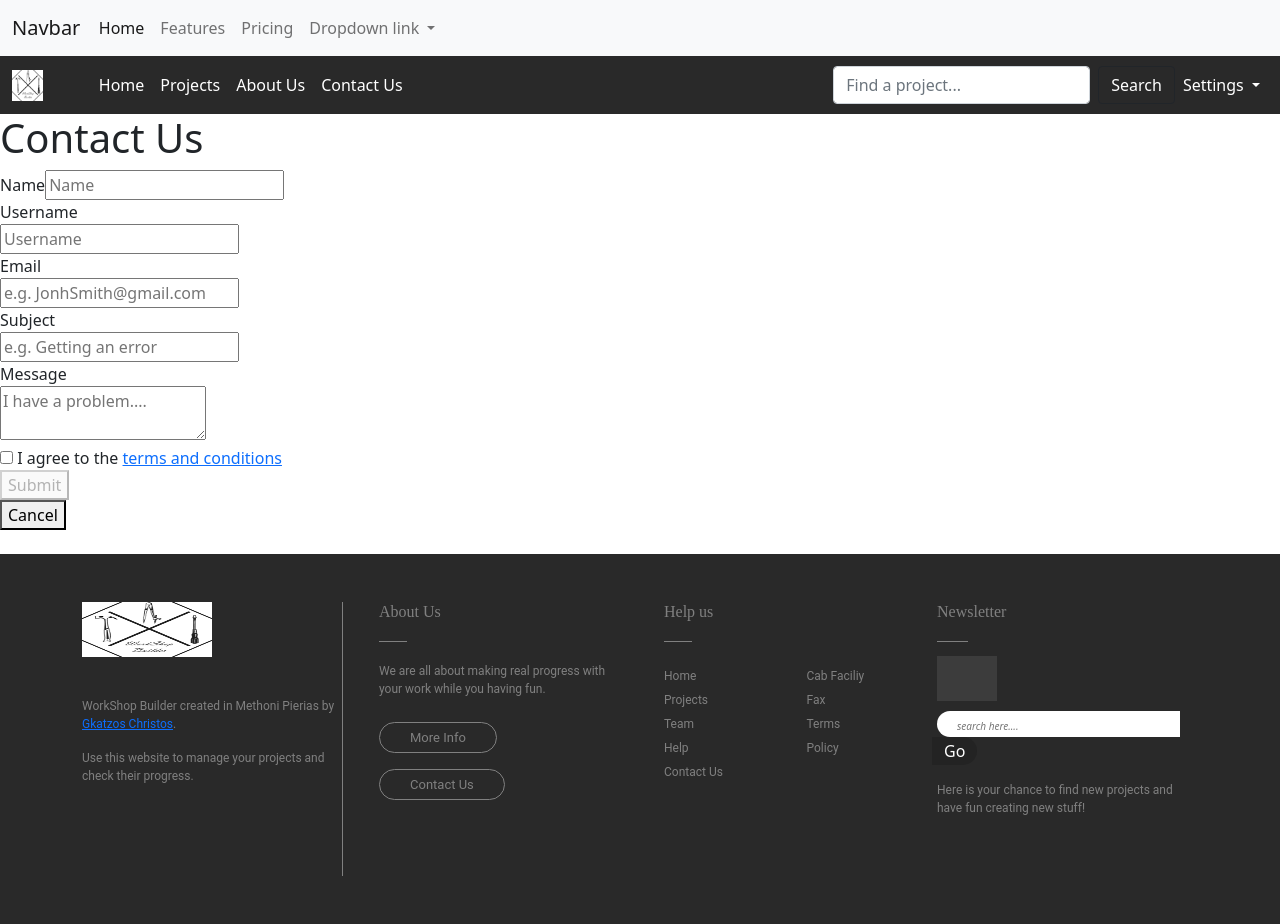
Repository: GkatzosChristos/workshop-builder-ui
Page: /contactUs (app in workshop-builder-ui/)
The author's editor kept a copy of each file at every save. The page is drawn from the files as they stood at one save, then again after the next save.
The browser window is 1280 px wide. The pictures show the whole page.
The project was rebuilt for these pictures with package versions that can differ from the ones it lists, and the page was loaded fresh each time. Also part of the build but not shown: workshop-builder-ui/angular.json, workshop-builder-ui/src/app/about-us/about-us.component.ts, workshop-builder-ui/src/app/home/home.component.ts, workshop-builder-ui/src/app/project/project.component.ts.

Above is the page before, as saved 2021-08-27 17:25:10.

### workshop-builder-ui/src/index.html
<!doctype html>
<html lang="en">
<head>
  <meta charset="utf-8">
  <title>WorkshopBuilderUI</title>
  <base href="/">
  <meta name="viewport" content="width=device-width, initial-scale=1">
  <link rel="icon" type="image/x-icon" href="favicon.ico">
</head>

<body>
  <app-root></app-root>
</body>

</html>

### workshop-builder-ui/src/app/app.module.ts
import { NgModule } from '@angular/core';
import { BrowserModule } from '@angular/platform-browser';
import { FormsModule } from '@angular/forms';
import { AppRoutingModule } from './app-routing.module';
import { AppComponent } from './app.component';
import { HeaderComponent } from './header/header.component';
import { FooterComponent } from './footer/footer.component';
import { ContactUsComponent } from './contact-us/contact-us.component';
import { AboutUsComponent } from './about-us/about-us.component';
import { ProjectsComponent } from './project/project.component';
import { HomeComponent } from './home/home.component';

@NgModule({
  declarations: [
    AppComponent,
    HeaderComponent,
    FooterComponent,
    ContactUsComponent,
    AboutUsComponent,
    ProjectsComponent,
    HomeComponent
  ],
  imports: [
    BrowserModule,
    AppRoutingModule,
    FormsModule
  ],
  providers: [],
  bootstrap: [AppComponent]
})
export class AppModule { }

### workshop-builder-ui/src/app/app-routing.module.ts
import { NgModule } from '@angular/core';
import { RouterModule, Routes } from '@angular/router';
import { AboutUsComponent } from './about-us/about-us.component';
import { ContactUsComponent } from './contact-us/contact-us.component';
import { HomeComponent } from './home/home.component';
import { ProjectsComponent } from './project/project.component';

const routes: Routes = [
  {
    path: '',
    component: HomeComponent
  },
  {
    path: 'contactUs',
    component: ContactUsComponent
  },
  {
    path: 'aboutUs',
    component: AboutUsComponent
  },
  {
    path: 'projects',
    component: ProjectsComponent
  },
];

@NgModule({
  imports: [RouterModule.forRoot(routes)],
  exports: [RouterModule]
})
export class AppRoutingModule { }

### workshop-builder-ui/src/app/app.component.ts
import { Component } from '@angular/core';

@Component({
  selector: 'app-root',
  templateUrl: './app.component.html',
  styleUrls: ['./app.component.scss']
})
export class AppComponent {
  title = 'workshop-builder-ui';
}

### workshop-builder-ui/src/app/contact-us/contact-us.component.ts
import { Component, OnInit } from '@angular/core';
import { FormGroup } from '@angular/forms';

@Component({
  selector: 'app-contact-us',
  templateUrl: 'contact-us.html',
  styles: [
  ]
})
export class ContactUsComponent implements OnInit {
  name: string='';
  username: string='';
  email: string='';
  subject: string='';
  message: string='';


  constructor() { }

  ngOnInit(): void {
  }

  submitForm(){
    const result = `${this.name}, your submission was successful! We will contact you at ${this.email} as soon as possible!`;
    alert(result);
  }

  onReset(){
    location.reload();
  }

}

### workshop-builder-ui/src/app/header/header.component.html
<head>
    <title>header</title>
    <meta charset="utf-8">
</head>
<header>
    <nav class="navbar navbar-expand-lg navbar-light bg-light">
        <div class="container-fluid">
          <a class="navbar-brand" href="#">Navbar</a>
          <button class="navbar-toggler" type="button" data-bs-toggle="collapse" data-bs-target="#navbarNavDropdown" aria-controls="navbarNavDropdown" aria-expanded="false" aria-label="Toggle navigation">
            <span class="navbar-toggler-icon"></span>
          </button>
          <div class="collapse navbar-collapse" id="navbarNavDropdown">
            <ul class="navbar-nav">
              <li class="nav-item">
                <a class="nav-link active" aria-current="page" href="#">Home</a>
              </li>
              <li class="nav-item">
                <a class="nav-link" href="#">Features</a>
              </li>
              <li class="nav-item">
                <a class="nav-link" href="#">Pricing</a>
              </li>
              <li class="nav-item dropdown">
                <a class="nav-link dropdown-toggle" href="#" id="navbarDropdownMenuLink" role="button" data-bs-toggle="dropdown" aria-expanded="false">
                  Dropdown link
                </a>
                <ul class="dropdown-menu" aria-labelledby="navbarDropdownMenuLink">
                  <li><a class="dropdown-item" href="#">Action</a></li>
                  <li><a class="dropdown-item" href="#">Another action</a></li>
                  <li><a class="dropdown-item" href="#">Something else here</a></li>
                </ul>
              </li>
            </ul>
          </div>
        </div>
      </nav>
    <nav class="navbar navbar-expand-lg">
        <div class="container-fluid">
            <a class="navbar-brand" routerLink="/">
                <img src="/assets/images/workshop_logo.jpg" alt="WorkShop Builder">
            </a>
            <div id="navbarNavDropdown" class="collapse navbar-collapse">
                <ul class="navbar-nav me-auto my-2 my-lg-0 navbar-nav-scroll" style="--bs-scroll-height: 100px;">
                    <li class="nav-item">
                        <a class="nav-link text-white" routerLink="/">Home</a>
                    </li>
                    <li class="nav-item">
                        <a class="nav-link text-white" routerLink="/projects">Projects</a>
                    </li>
                    <li class="nav-item">
                        <a class="nav-link text-white" routerLink="/aboutUs">About Us</a>
                    </li>
                    <li class="nav-item">
                        <a class="nav-link text-white" routerLink="/contactUs">Contact Us</a>
                    </li>
                </ul>
                <form class="d-flex">
                    <input class="form-control me-2" type="text" placeholder="Find a project...">
                    <a class="btn btn-outline-dark text-white">Search</a>
                </form>
                <ul class="navbar-nav" style="--bs-scroll-height: 100px;">
                    <li class="nav-item dropdown">
                        <a class="nav-link dropdown-toggle text-white" href="#" id="navbarScrollingDropdown"
                            role="button" data-bs-toggle="dropdown" aria-expanded="false">
                            Settings
                        </a>
                        <ul class="dropdown-menu" aria-labelledby="navbarScrollingDropdown">
                            <li><a class="dropdown-item text-white" href="#">Sign in</a></li>
                            <li><a class="dropdown-item text-white" href="#">Sign up</a></li>
                            <li>
                                <hr class="dropdown-divider">
                            </li>
                            <li><a class="dropdown-item text-white" href="#">Report an issue</a></li>
                        </ul>
                    </li>
                </ul>
            </div>
        </div>
    </nav>
</header>

### workshop-builder-ui/src/app/header/header.component.scss
.navbar-brand {
    height: 5%;
    width: 5%;
}

img {
    height: 50%;
    width: 50%;
}

nav {
    background: #292929;
}

### workshop-builder-ui/src/app/footer/footer.component.html
<head>
    <title>Footer</title>
    <meta charset="utf-8">
</head>
<footer class="container-fluid bg-grey py-5">
    <div class="container">
        <div class="row">
            <div class="col-md-6">
                <div class="row">
                    <div class="col-md-6 ">
                        <div class="logo-part">
                            <img src="/assets/images/workshop_logo.jpg" class="w-50 logo-footer">
                            <p>WorkShop Builder created in Methoni Pierias by <a
                                    href="https://www.linkedin.com/in/christos-gkatzos/">Gkatzos Christos</a>.</p>
                            <p>Use this website to manage your projects and check their progress.</p>
                        </div>
                    </div>
                    <div class="col-md-6 px-4">
                        <h6> About Us</h6>
                        <p>We are all about making real progress with your work while you having fun.</p>
                        <a href="#" class="btn-footer"> More Info </a><br>
                        <a href="#" class="btn-footer"> Contact Us</a>
                    </div>
                </div>
            </div>
            <div class="col-md-6">
                <div class="row">
                    <div class="col-md-6 px-4">
                        <h6> Help us</h6>
                        <div class="row ">
                            <div class="col-md-6">
                                <ul>
                                    <li> <a href="#"> Home</a> </li>
                                    <li> <a href="#"> Projects</a> </li>
                                    <li> <a href="#"> Team</a> </li>
                                    <li> <a href="#"> Help</a> </li>
                                    <li> <a href="#"> Contact Us</a> </li>
                                </ul>
                            </div>
                            <div class="col-md-6 px-4">
                                <ul>
                                    <li> <a href="#"> Cab Faciliy</a> </li>
                                    <li> <a href="#"> Fax</a> </li>
                                    <li> <a href="#"> Terms</a> </li>
                                    <li> <a href="#"> Policy</a> </li>
                                </ul>
                            </div>
                        </div>
                    </div>
                    <div class="col-md-6 ">
                        <h6> Newsletter</h6>
                        <div class="social">
                            <a href="#"><i class="fa fa-facebook mr-1" aria-hidden="true"></i></a>
                            <a href="#"><i class="fa fa-instagram" aria-hidden="true"></i></a>
                        </div>
                        <form class="form-footer my-3">
                            <input type="text" placeholder="search here...." name="search">
                            <input type="button" value="Go">
                        </form>
                        <p>Here is your chance to find new projects and have fun creating new stuff!</p>
                    </div>
                </div>
            </div>
        </div>
    </div>
</footer>

### workshop-builder-ui/src/app/footer/footer.component.scss
body {
    font-family: 'Signika', sans-serif;
 }
 .bg-grey {
    background: #292929;
 }
 .logo-footer {
    margin-bottom: 40px;
 }
 footer {
    color: grey;
 }
 footer p, a {
    font-size: 12px;
    font-family: 'Roboto', sans-serif;
}
footer h6 {
    font-family: 'Playfair Display', serif;
    margin-bottom: 40px;
    position: relative;
}
footer h6:after {
    position: absolute;
    content: "";
    background: grey;
    width: 12%;
    height: 1px;
    left: 0;
    bottom: -20px;
}
.btn-footer {
    color: grey;
    text-decoration: none;
    border: 1px solid;
    border-radius: 43px;
    font-size: 13px;
    padding: 7px 30px;
    line-height: 47px;
 }

 .btn-footer:hover {
    text-decoration: none;
 }

.form-footer input[type="text"] {
    border: none;
    border-radius: 16px 0 0 16px;
    outline: none;
    padding-left: 10px;
}

::placeholder {
    font-size: 10px;
    padding-left: 10px;
    font-style: italic;
}

.form-footer input[type="button"] {
    border: none;
    background:#232323;
    margin-left: -5px;
    color: #fff;
    outline: none;
    border-radius: 0 16px 16px 0;
    padding: 2px 12px;
}

.social .fa {
    color: grey;
    font-size: 22px;
    padding: 10px 15px;
    background: #3c3c3c;
}

footer ul li {
    list-style: none;
    display: block;
}

footer ul  {
    padding-left: 0;
}
footer ul  li a{
    text-decoration: none;
    color: grey;
    text-decoration:none;
}

a:hover {
    text-decoration: none;
    color: #f5f5f5 !important;
}

.logo-part {
    border-right: 1px solid grey;
    height: 100%;
}

img {
    height: 20%;
    width: 20%;
}

### workshop-builder-ui/src/app/contact-us/contact-us.html
<h1 class="title has-text-centered">Contact Us</h1>
<body>
  <section>
      <form (ngSubmit)="submitForm()" #contactForm="ngForm">
        <div class="field">
        <div class="field">
          <label class="label has-text-centered">Name</label>
          <input
            class="input"
            type="text"
            name="name"
            placeholder="Name"
            [(ngModel)]="name"
            #nameInput="ngModel"
            required>
            <div class="help is-error" *ngIf="nameInput.invalid && nameInput.touched">
                <p class="help is-danger">This username is required!</p>
            </div>
            <div class="help is-error" *ngIf="nameInput.valid && nameInput.dirty">
                <p class="help is-success">This username is Availible!</p>
            </div>
        </div>
        <div class="field column is-4">
          <label class="label has-text-centered">Username</label>
          <div class="control has-icons-left has-icons-right">
            <input
              class="input"
              type="text"
              name="usename"
              placeholder="Username"
              [(ngModel)]="username"
              #usernameInput="ngModel"
              required>
            <span class="icon is-small is-left">
              <i class="fa fa-user"></i>
            </span>
            <div class="help is-error" *ngIf="usernameInput.invalid && usernameInput.touched">
                <p class="help is-danger">This username is required!</p>
            </div>
            <div class="help is-error" *ngIf="usernameInput.valid && usernameInput.dirty">
                <p class="help is-success">This username is Availible!</p>
            </div>
          </div>
        </div>

        <div class="field column is-4">
          <label class="label has-text-centered">Email</label>
          <div class="control has-icons-left">
            <input
              class="input"
              type="email"
              name="email"
              placeholder="e.g. JonhSmith@gmail.com"
              #emailInput="ngModel"
              [(ngModel)]="email"
              required
              email>
            <span class="icon is-small is-left">
              <i class="fa fa-envelope"></i>
            </span>
            <div class="help is-error is-danger" *ngIf="emailInput.invalid && emailInput.touched">
                <p class="help is-danger">The email required and must be valid!</p>
            </div>
            <div class="help is-error" *ngIf="emailInput.valid && emailInput.dirty">
                <p class="help is-success">This email is valid!</p>
            </div>
          </div>
        </div>

        <div class="field column is-4">
          <label class="label has-text-centered">Subject</label>
          <div class="control">
            <input class="input is-expand" type="text" name="subject" placeholder="e.g. Getting an error" [(ngModel)]="subject">
          </div>
        </div>

        <div class="field column is-4 ">
          <label class="label has-text-centered">Message</label>
          <div class="control">
            <textarea class="textarea" name="message" placeholder="I have a problem...." [(ngModel)]="message"></textarea>
          </div>
        </div>

        <div class="field">
          <div class="control">
            <label class="checkbox">
              <input type="checkbox"
              #checkboxInput>
              I agree to the <a href="#">terms and conditions</a>
            </label>
          </div>
        </div>

        <div class="field is-grouped mb-4 is-grouped-centered">
          <div class="control">
            <button class="button is-link" [disabled]="contactForm.invalid">Submit</button>
          </div>
          <div class="control">
            <button class="button is-link is-light" type="reset" (click)="onReset()" >Cancel</button>
          </div>
        </div>
        </div>
      </form>
  </section>
  </body>

Loaded but not shown: workshop-builder-ui/src/styles.scss (common file); workshop-builder-ui/src/main.ts (common file); workshop-builder-ui/src/environments/environment.ts (common file); workshop-builder-ui/src/app/header/header.component.ts (common file); workshop-builder-ui/src/app/footer/footer.component.ts (common file); workshop-builder-ui/src/app/app.component.html (common file); workshop-builder-ui/src/app/app.component.scss (no stored copy; drawn as an empty file); workshop-builder-ui/src/app/project/project.scss (no stored copy; drawn as an empty file)

After the next save:
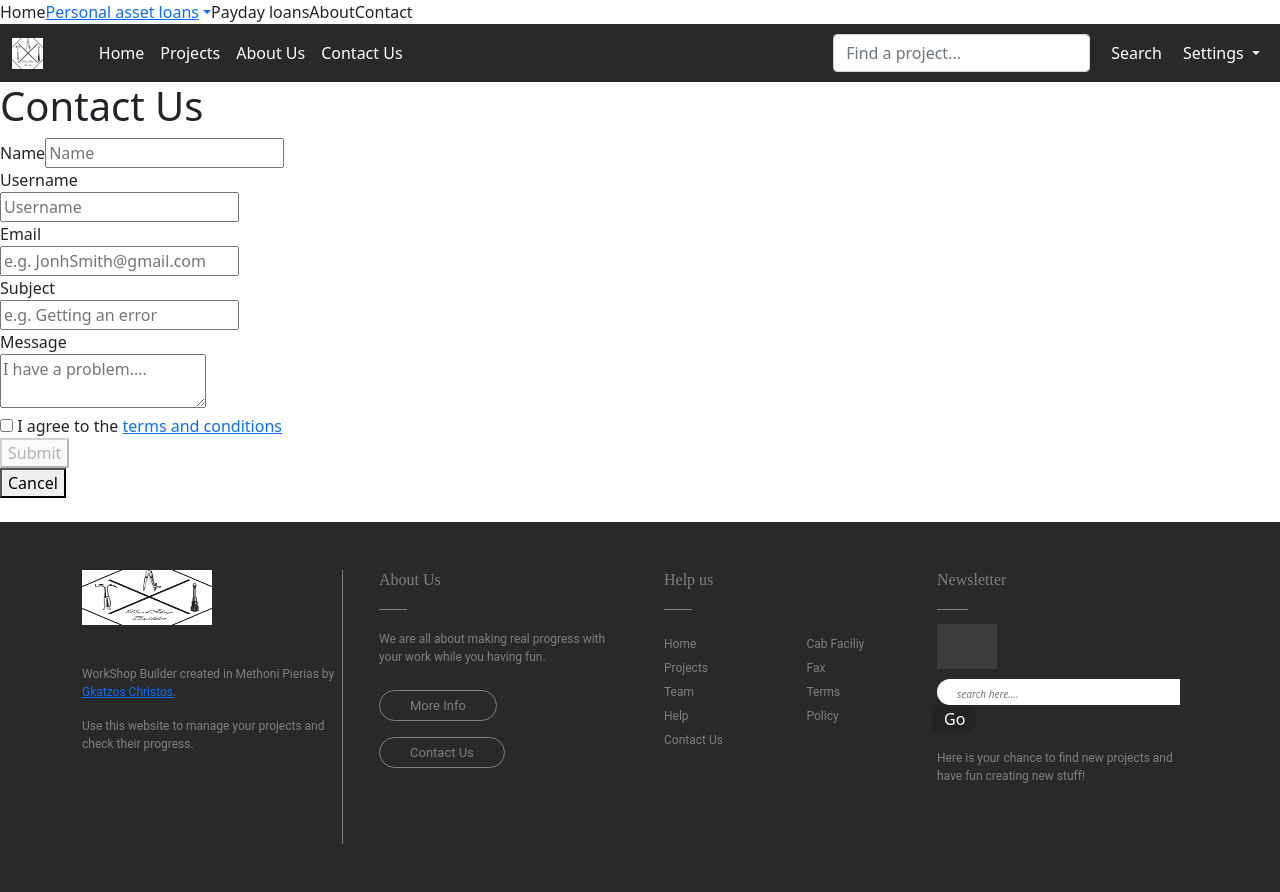
Saved 97 s later.
--- a/workshop-builder-ui/src/app/header/header.component.html
+++ b/workshop-builder-ui/src/app/header/header.component.html
@@ -3,37 +3,21 @@
     <meta charset="utf-8">
 </head>
 <header>
-    <nav class="navbar navbar-expand-lg navbar-light bg-light">
-        <div class="container-fluid">
-          <a class="navbar-brand" href="#">Navbar</a>
-          <button class="navbar-toggler" type="button" data-bs-toggle="collapse" data-bs-target="#navbarNavDropdown" aria-controls="navbarNavDropdown" aria-expanded="false" aria-label="Toggle navigation">
-            <span class="navbar-toggler-icon"></span>
-          </button>
-          <div class="collapse navbar-collapse" id="navbarNavDropdown">
-            <ul class="navbar-nav">
-              <li class="nav-item">
-                <a class="nav-link active" aria-current="page" href="#">Home</a>
-              </li>
-              <li class="nav-item">
-                <a class="nav-link" href="#">Features</a>
-              </li>
-              <li class="nav-item">
-                <a class="nav-link" href="#">Pricing</a>
-              </li>
-              <li class="nav-item dropdown">
-                <a class="nav-link dropdown-toggle" href="#" id="navbarDropdownMenuLink" role="button" data-bs-toggle="dropdown" aria-expanded="false">
-                  Dropdown link
-                </a>
-                <ul class="dropdown-menu" aria-labelledby="navbarDropdownMenuLink">
-                  <li><a class="dropdown-item" href="#">Action</a></li>
-                  <li><a class="dropdown-item" href="#">Another action</a></li>
-                  <li><a class="dropdown-item" href="#">Something else here</a></li>
-                </ul>
-              </li>
+    <ul class='nav'>
+        <li class='active'>Home</li>
+        <li>
+          <div class="dropdown">
+            <a class="dropdown-toggle" data-toggle="dropdown" href="#">Personal asset loans</a>
+            <ul class="dropdown-menu" role="menu" aria-labelledby="dLabel">
+              <li><a href="#">asds</a></li>
+              <li class="divider"></li>
             </ul>
           </div>
-        </div>
-      </nav>
+          </li>
+          <li>Payday loans</li>
+        <li>About</li>
+        <li>Contact</li>
+      </ul>
     <nav class="navbar navbar-expand-lg">
         <div class="container-fluid">
             <a class="navbar-brand" routerLink="/">
